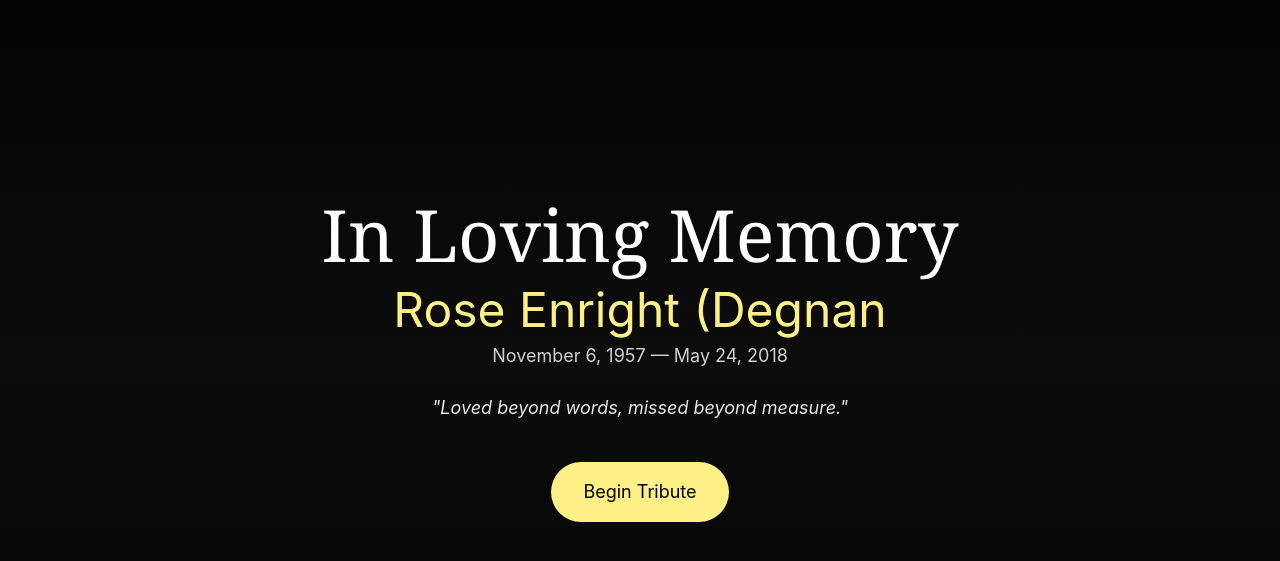
Repository: ConnorStubbs5/lasting-light
Page: /
The author's editor kept a copy of each file at every save. The page is drawn from the files as they stood at one save, then again after the next save.
The browser window is 1280 px wide. The pictures show the whole page.
The project was rebuilt for these pictures with package versions that can differ from the ones it lists, and the page was loaded fresh each time. Also part of the build but not shown: vite.config.js, src/components/MemorialSlideshow.jsx.

Above is the page before, as saved 2026-05-09 19:38:19.

After the next save:
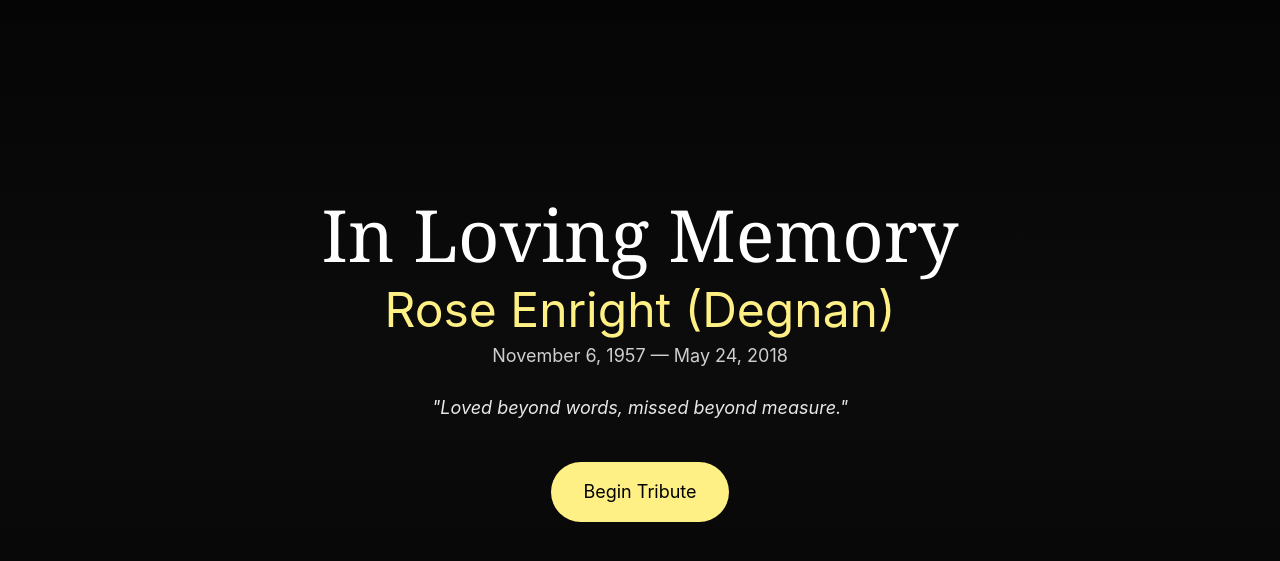
Saved 10 s later.
--- a/public/memorials/rose-enright/config.json
+++ b/public/memorials/rose-enright/config.json
@@ -1,5 +1,5 @@
 {
-  "name": "Rose Enright (Degnan",
+  "name": "Rose Enright (Degnan)",
   "birthDate": "November 6, 1957",
   "deathDate": "May 24, 2018",
   "heroQuote": "Loved beyond words, missed beyond measure.",
